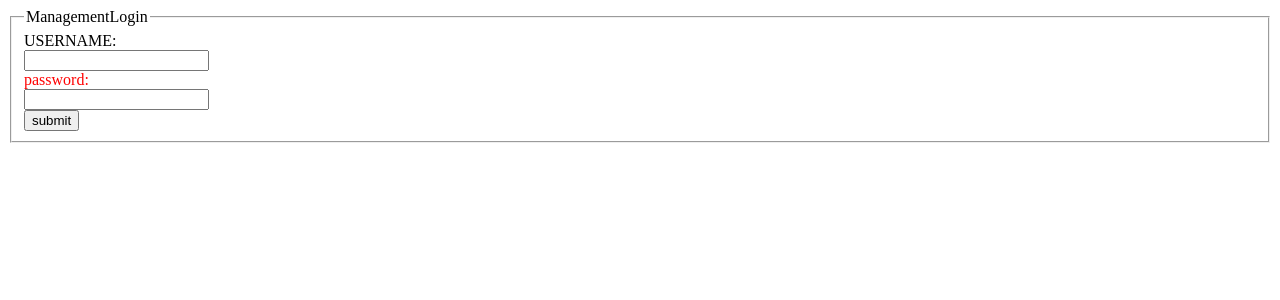
Repository: JanapatlaManojReddy/java
Page: http://localhost/institutionProject/ManagementLogin.jsp
These files come from the project's save history. The page is drawn as it stood at one moment and after the next save; the edit follows.
The browser window is 1280 px wide. The pictures show the whole page.
The page is served by Tomcat 9. Other server files are loaded and not shown.

Above is the page before, as saved 2023-08-20 17:26:47.

### institutionProject/src/main/webapp/ManagementLogin.jsp
<%@ page language="java" contentType="text/html; charset=ISO-8859-1"
    pageEncoding="ISO-8859-1"%>
<!DOCTYPE html>
<html>
<head>
<style>
p{
diplay:block;
}

</style>
<meta charset="ISO-8859-1">
<title>Insert title here</title>
</head>
<script type="text/javascript" src="formValidation.js"> </script>
<body>
<form  name="myform" action="ManagerServlet" onsubmit="return validation()" method="post">
<fieldSet>
<legend>ManagementLogin</legend>
<div class="">
<div id="usname">USERNAME:</div>
<input type="text" name="username">
<div id="user" style="color:red;"><div>
<div id="psword">password:</div>
<input type="password" name="password">
<div id="pass" style="color:red;"></div>
<input type="submit" value="submit">

</div>
</fieldSet>
</form>

</body>
</html>

### institutionProject/src/main/webapp/formValidation.js
/**
 *
 */
function validation(){
	var username =document.myform.username.value;
	var password =document.myform.password.value;
	if(username==null|| username.length<3){
		document.geElementById("user").innerHTML="enter a valid username"
		return false;
	}
	else if(password.length<6){

		document.getElementById("pass").innerHTML="length of password must be greterthen 6 letters"
		return false;
	}


}

After the next save:
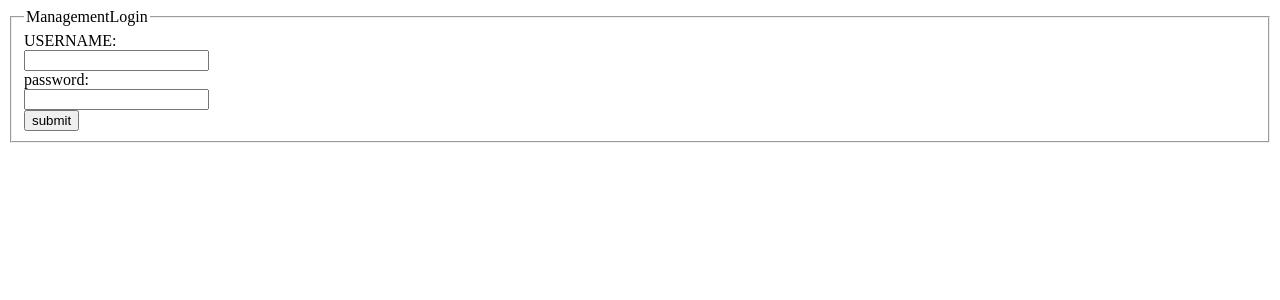
Saved 54 s later.
--- a/institutionProject/src/main/webapp/ManagementLogin.jsp
+++ b/institutionProject/src/main/webapp/ManagementLogin.jsp
@@ -20,7 +20,7 @@ diplay:block;
 <div class="">
 <div id="usname">USERNAME:</div>
 <input type="text" name="username">
-<div id="user" style="color:red;"><div>
+<div id="user"><div>
 <div id="psword">password:</div>
 <input type="password" name="password">
 <div id="pass" style="color:red;"></div>
